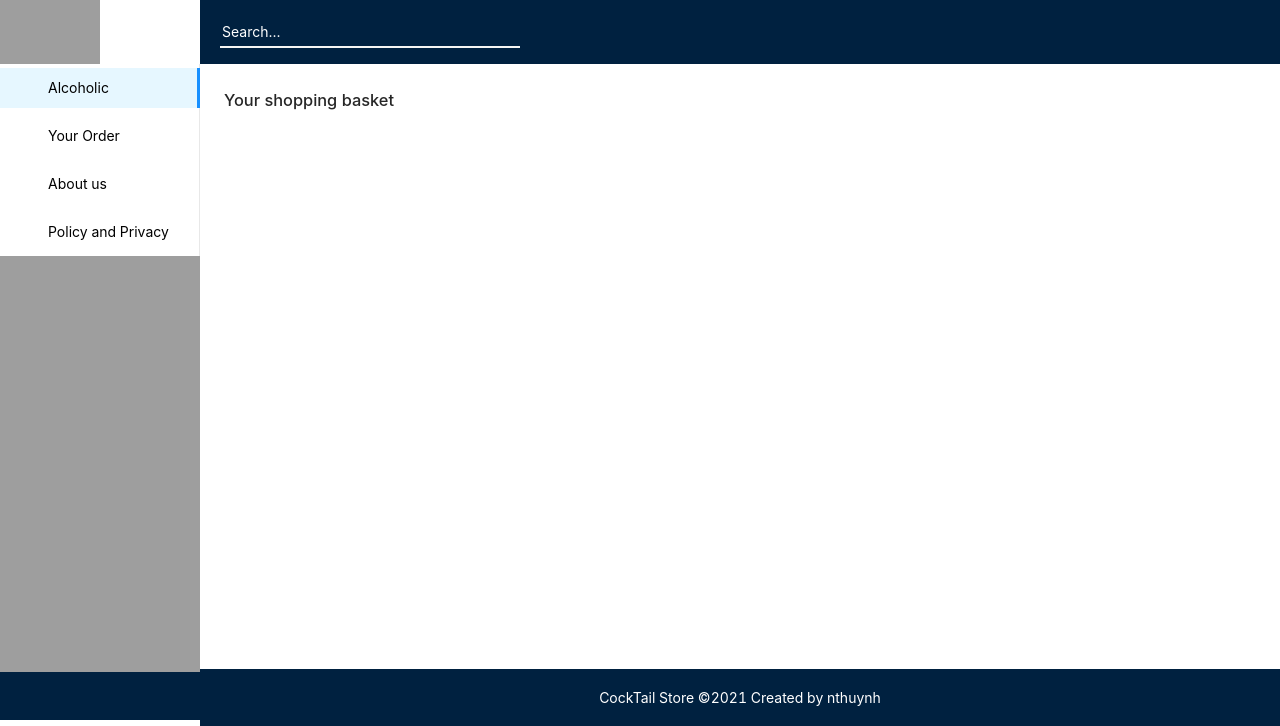
Repository: huynhnt1406/cocktail
Page: /yourorder
The author's editor kept a copy of each file at every save. The page is drawn from the files as they stood at one save, then again after the next save.
The browser window is 1280 px wide. The pictures show the whole page.
Pictures or frames that could not be fetched are drawn as grey boxes. The project was rebuilt for these pictures with package versions that can differ from the ones it lists, and the page was loaded fresh each time. Also part of the build but not shown: src/components/CockTail.vue, src/components/DetailPage.vue, src/components/AboutUs.vue, src/components/PolicyandPrivacy.vue.

Above is the page before, as saved 2021-05-08 00:41:31.

### public/index.html
<!DOCTYPE html>
<html lang="">
  <head>
    <meta charset="utf-8">
    <meta http-equiv="X-UA-Compatible" content="IE=edge">
    <meta name="viewport" content="width=device-width,initial-scale=1.0">
    <link rel="icon" href="<%= BASE_URL %>favicon.ico">
    <title><%= htmlWebpackPlugin.options.title %></title>
    <link rel="preconnect" href="https://fonts.gstatic.com">
    <link href="https://fonts.googleapis.com/css2?family=Poppins:ital,wght@0,200;0,300;1,400&display=swap" rel="stylesheet">
    <link rel="stylesheet" href="https://cdnjs.cloudflare.com/ajax/libs/font-awesome/4.7.0/css/font-awesome.min.css">
  </head>
  <body>
    <noscript>
      <strong>We're sorry but <%= htmlWebpackPlugin.options.title %> doesn't work properly without JavaScript enabled. Please enable it to continue.</strong>
    </noscript>
    <div id="app"></div>
    <!-- built files will be auto injected -->
  </body>
</html>

### src/main.js
import Vue from 'vue'
import App from './App.vue'
import store from './store/index'
import router from './router/index'
import 'ant-design-vue/dist/antd.css';
import Antd from 'ant-design-vue';
Vue.config.productionTip = false
Vue.use(Antd);
new Vue({
  store,
  router,
  render: h => h(App),
}).$mount('#app')

### src/App.vue
<template>
  <a-layout id="components-layout-demo-side" theme="light"  style="min-height: 100vh">
    <a-layout-sider style="background-color:white" v-model="collapsed" collapsible >
      <img style="height:64px ; width:50%" src="https://i.pinimg.com/originals/fd/3e/53/fd3e533305c578157dbaf393b76ac1ee.jpg" alt="">
      <a-menu theme="light" :default-selected-keys="['1']" mode="inline">
        <a-menu-item key="1">
          <a-icon type="menu" />
          <span><router-link class="link" to="/">Alcoholic</router-link></span>
        </a-menu-item>
        <a-menu-item key="2">
           <a-icon type="shopping-cart" />
          <span><router-link class="link"  to="/yourorder">Your Order</router-link></span>
        </a-menu-item>
           <a-menu-item key="3">
           <a-icon type="info-circle" />
          <span><router-link class="link"  to="/aboutus">About us</router-link></span>
        </a-menu-item>
           <a-menu-item key="4">
           <a-icon type="safety-certificate" />
          <span><router-link class="link"  to="/policyandprivacy">Policy and Privacy</router-link></span>
        </a-menu-item>
      </a-menu>
      <img style="height:62% ; width:100%" src="https://www.gobourbon.com/wp-content/uploads/2019/03/EFCCF7C6-0A6F-4658-83B6-877007B0A1AC-751x1024.jpeg" alt="">
    </a-layout-sider>
    <a-layout>
      <a-layout-header style="background: #fff; padding: 0" >
        <SearchBar/>
      </a-layout-header>
      <a-layout-content>
        <div class="cocktail-lists" :style="{ padding:'24px',  background: '#fff', minHeight: '360px' }">
          <router-view/>
        </div>
      </a-layout-content>
      <a-layout-footer class="footer" style="text-align: center" :style="{padding:'2.5vh',color:'white' ,background: '#002140'}">
        CockTail Store ©2021 Created by nthuynh
      </a-layout-footer>
    </a-layout>
  </a-layout>
</template>
<script>
import SearchBar from './components/SearchBar'
export default {
  data() {
    return {
      collapsed: false,
    };
  },
  components:{
    SearchBar
  }
};
</script>

<style>
#components-layout-demo-side .logo {
  height: 32px;
  background: rgba(255, 255, 255, 0.2);
  margin: 16px;
}
#components-layout-demo-side{
  background-color: red;
}
.cocktail-lists{
  overflow-y: scroll;
  height:84vh;
}
.footer{
  background-color: #002140;
}
.link{
  color:black;
}
.link:focus{
  color:gray;
}
</style>

### src/store/index.js
import Vue from 'vue'
import Vuex from 'vuex'
import cocktail from './modules/cocktail'
Vue.use(Vuex)
export default new Vuex.Store({
    modules:{
        cocktail
    }
})

### src/router/index.js
import Vue from 'vue'
import VueRouter from 'vue-router'
import CockTail from '../components/CockTail'
import DetailPage from '../components/DetailPage'
import Order from '../components/Order'
import AboutUs  from '../components/AboutUs'
import PolicyandPrivacy from '../components/PolicyandPrivacy'
const routes = [
    {
        path:'/',
        name:'CockTail',
        component:CockTail
    },
    {
        path:'/detailpage/:id',
        name:'DetailPage',
        component:DetailPage,
        props:true
    },
    {
        path:'/yourorder',
        name:'Order',
        component:Order,
    },
    {
        path:'/aboutus',
        name:'AboutUs',
        component:AboutUs,
    },
    {
        path:'/policyandprivacy',
        name:'PolicyandPrivacy',
        component:PolicyandPrivacy,
    },
]
Vue.use(VueRouter)

export default new VueRouter({
    routes,
    mode:'history'
})

### src/components/SearchBar.vue
<template>
  <div class="searchbar">
    <div class="search-tool">
        <input type="text" placeholder="Search..." >
    </div>
  </div>
</template>

<script>
export default {
}
</script>

<style>
.searchbar{
    display: flex;
    justify-content: space-between;
    align-items: center;
    padding-left:10px;
    padding-right: 10px;
    background-color: #002140;
}
.search-tool input{
    height: 30px;
    width: 300px;
    background-color: transparent;
    border-left:none;
    border-right: none;
    border-top:none;
    border-bottom: 2px solid #f5f5f3;
    margin-left: 10px;
    outline: none;
    color:white;
}
::placeholder{
  color:white;
}
.search-tool input:focus{
    border-bottom: 2px solid green;
}
</style>

### src/store/modules/cocktail.js
import axios from 'axios'

const state = {
    cocktailLists: [],
    cart:[]
}
const getters = {
    allCocktails : state => state.cocktailLists,
    allItems : state => state.cart
}
const actions = {
    async fetchCocktail({commit}){
        const res = await axios.get(`https://www.thecocktaildb.com/api/json/v1/1/search.php?f=a`)
        commit('getCocktail', res.data.drinks)
        console.log(res.data.drinks)
    },
    addProductToCart({commit}, {product, quantity}){
        commit('ADD_TO_CART', {product,quantity})
    },
    deleteItem({commit}, index) {
        commit('removeItem', index)
    }
}

const mutations = {
    getCocktail : (state, cocktailLists) => state.cocktailLists = cocktailLists,
    ADD_TO_CART : (state, {product,quantity}) => {
        state.cart.push({
            product,
            quantity
        })
    },
    removeItem: (state, index) => state.cart.filter(item => item.index !== index)
}

export default {
    state,getters,actions,mutations
}

### src/components/Order.vue
<template>
  <div class="order-page">
    <div class="order-header">
      <h3>Your shopping basket</h3>
      <a-badge :count="cardItems.length">
        <a-icon type="shopping-cart" :style="{fontSize:'30px'}" />
      </a-badge>
    </div>
    <div v-for="(item, index) in cardItems" :key="index" class="order-header">
      <div class="item">
          <div class="item-img">
            <img :src="item.product[0].strDrinkThumb" :alt="item.product[0].idDrink">
              <div class="item-info">
                <h3>Type : {{item.product[0].strAlcoholic}}</h3>
                <h3>Drink : {{item.product[0].strDrink}}</h3>
                <h3>Glass : {{item.product[0].strGlass}}</h3>
              </div>
          </div>
          <div class="item-actions">
            <a-button @click="deleteITEM(index)" class="m-2"   type="danger" >
              Remove
            </a-button>
          </div>
      </div>
    </div>
  </div>
</template>

<script>
import { mapActions, mapGetters } from 'vuex'
export default {
  name:'Order',
  computed : mapGetters(["allItems"]),

  data(){
    return{
      cardItems:[]
    }
  },
  created(){
    this.cardItems = this.allItems
    console.log(this.cardItems)
  },
  methods:{
    ...mapActions(["deleleItem"]),
    deleteITEM(index){
      if(index){
        this.deleteItem(index);
        console.log('deleted')
      }
    },
  },
}
</script>

<style>
.item-img img{
  height: 100px;
  width:100px;
  margin:10px;
}
.item{
  display: flex;
  flex:1;
  justify-content: space-between;
  align-items: center;
}
.item-img{
  display: flex;
  justify-content: center;
  align-items: center;
}
.order-header{
  display: flex;
  justify-content: space-between;
  align-items: center;
}
</style>

After the next save:
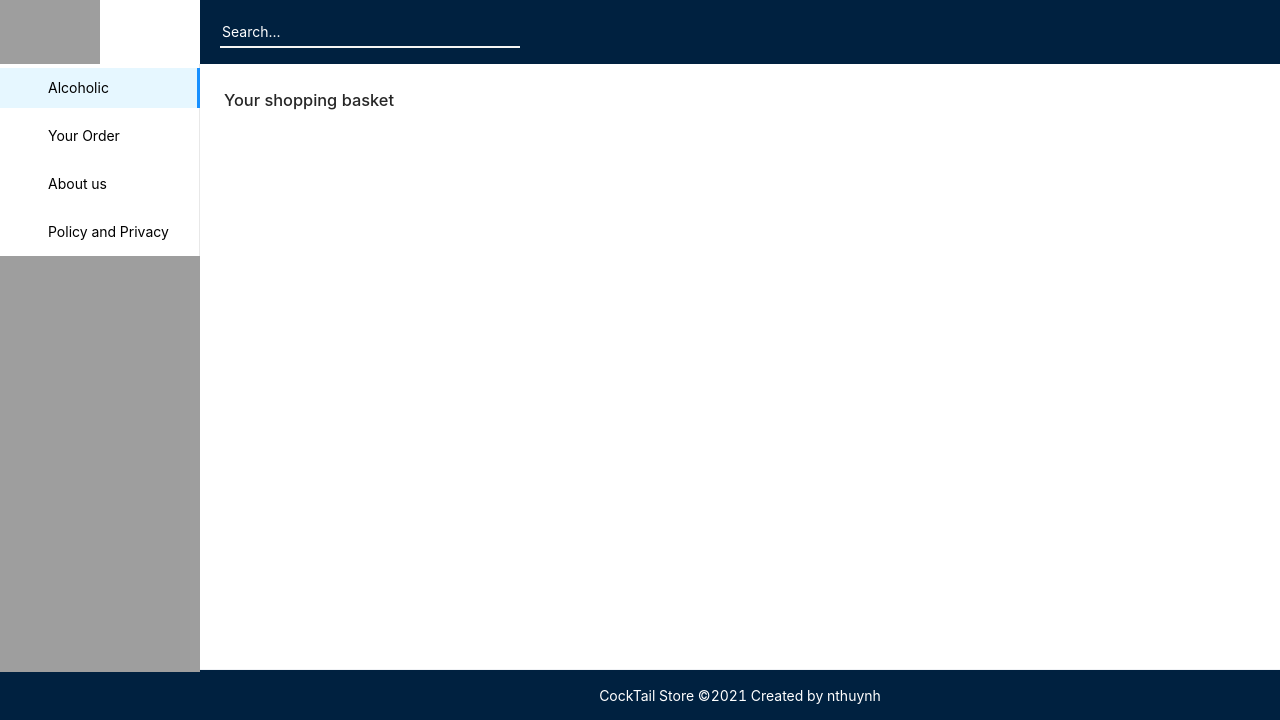
Saved 12 s later.
--- a/src/App.vue
+++ b/src/App.vue
@@ -31,7 +31,7 @@
           <router-view/>
         </div>
       </a-layout-content>
-      <a-layout-footer class="footer" style="text-align: center" :style="{padding:'2.5vh',color:'white' ,background: '#002140'}">
+      <a-layout-footer class="footer" style="text-align: center" :style="{padding:'2vh',color:'white' ,background: '#002140'}">
         CockTail Store ©2021 Created by nthuynh
       </a-layout-footer>
     </a-layout>
